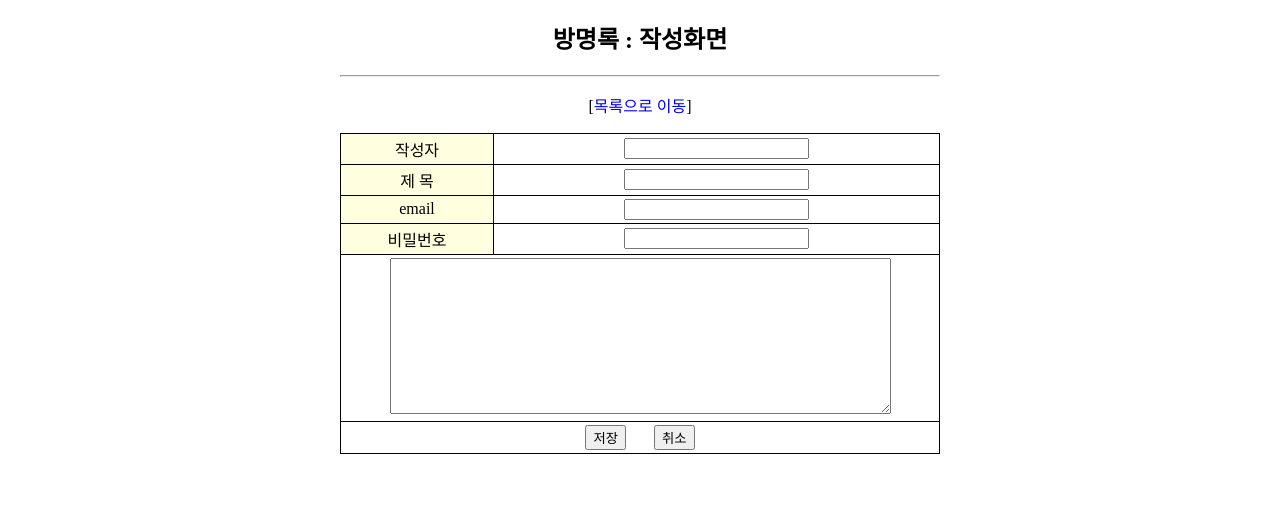
Repository: wjsjsn/23_jspstudy
Page: http://localhost/02_jsp/guestbook2/write.jsp
The author's editor kept a copy of each file at every save. The page is drawn from the files as they stood at one save, then again after the next save.
The browser window is 1280 px wide. The pictures show the whole page.
The page is served by Tomcat 9. Other server files are loaded and not shown.

Above is the page before, as saved 2023-07-10 01:24:33.

### 02_jsp/src/main/webapp/guestbook2/write.jsp
<%@ page language="java" contentType="text/html; charset=UTF-8"
    pageEncoding="UTF-8"%>
<!DOCTYPE html>
<html>
<head>
<meta charset="UTF-8">
<title> 방 명 록 </title>
<style type="text/css">
	a { text-decoration: none;}
	table{width: 600px; border-collapse:collapse; text-align: center;}
	table,th,td{border: 1px solid black; padding: 3px}
	div{width: 600px; margin:auto; text-align: center;}
</style>
<script type="text/javascript">
	function save_go(f) {
		f.action="/02_jsp/GuestBook2";
		f.submit();
	}
</script>
</head>
<body>
	<div>
		<h2>방명록 : 작성화면</h2>
		<hr />
		<p>[<a href="/02_jsp/GuestBook2?cmd=list">목록으로 이동</a>]</p>
		<form method="post">
			<table>
				<tr align="center">
					<td bgcolor="lightyellow">작성자</td>
					<td><input type="text" name="name" size ="20"/></td>
				</tr>
				<tr align="center">
					<td bgcolor="lightyellow">제  목</td>
					<td><input type="text" name="subject" size ="20"/></td>
				</tr>
				<tr align="center">
					<td bgcolor="lightyellow">email</td>
					<td><input type="text" name="email" size ="20"/></td>
				</tr>
				<tr align="center">
					<td bgcolor="lightyellow">비밀번호</td>
					<td><input type="password" name="pwd" size ="20"/></td>
				</tr>
				<tr align="center">
					<td colspan="2">
						<textarea rows="10" cols="60" name="content"></textarea>
					</td>
				</tr>
				<tfoot>
					<tr align="center">
						<td colspan="2">
							<input type="hidden" value="write_ok" name="cmd">
							<input type="button" value="저장" onclick="save_go(this.form)" />
							&nbsp;&nbsp;&nbsp;&nbsp;&nbsp;
							<input type="reset" value="취소" />
						</td>
					</tr>
				</tfoot>
			</table>
		</form>
	</div>
</body>
</html>

After the next save:
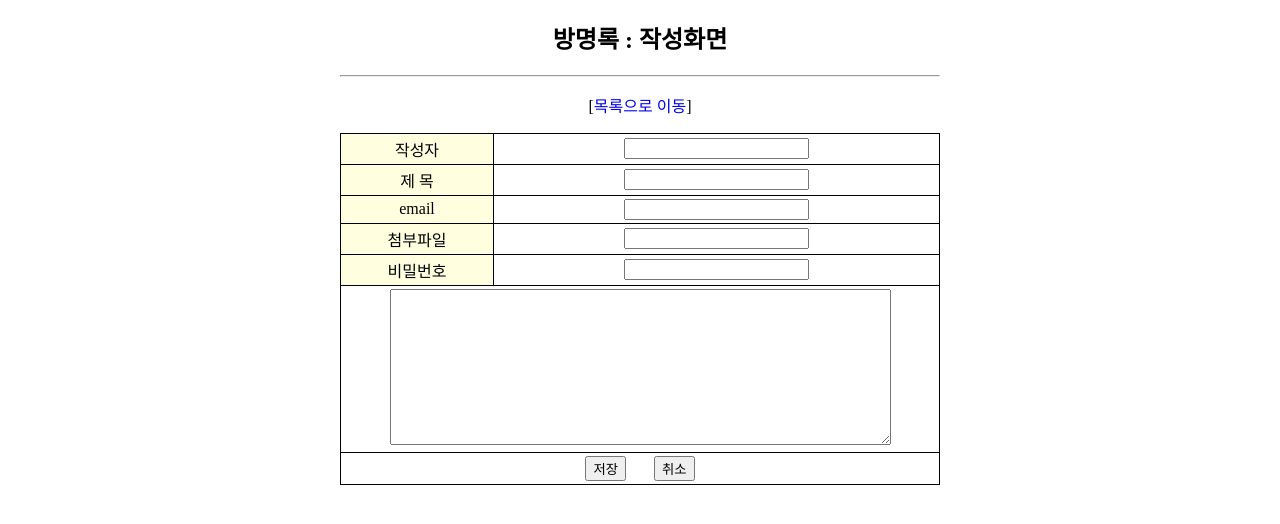
Saved 54 s later.
--- a/02_jsp/src/main/webapp/guestbook2/write.jsp
+++ b/02_jsp/src/main/webapp/guestbook2/write.jsp
@@ -38,6 +38,10 @@
 					<td><input type="text" name="email" size ="20"/></td>
 				</tr>
 				<tr align="center">
+					<td bgcolor="lightyellow">첨부파일</td>
+					<td><input type="password" name="f_name" size ="20"/></td>
+				</tr>
+				<tr align="center">
 					<td bgcolor="lightyellow">비밀번호</td>
 					<td><input type="password" name="pwd" size ="20"/></td>
 				</tr>
